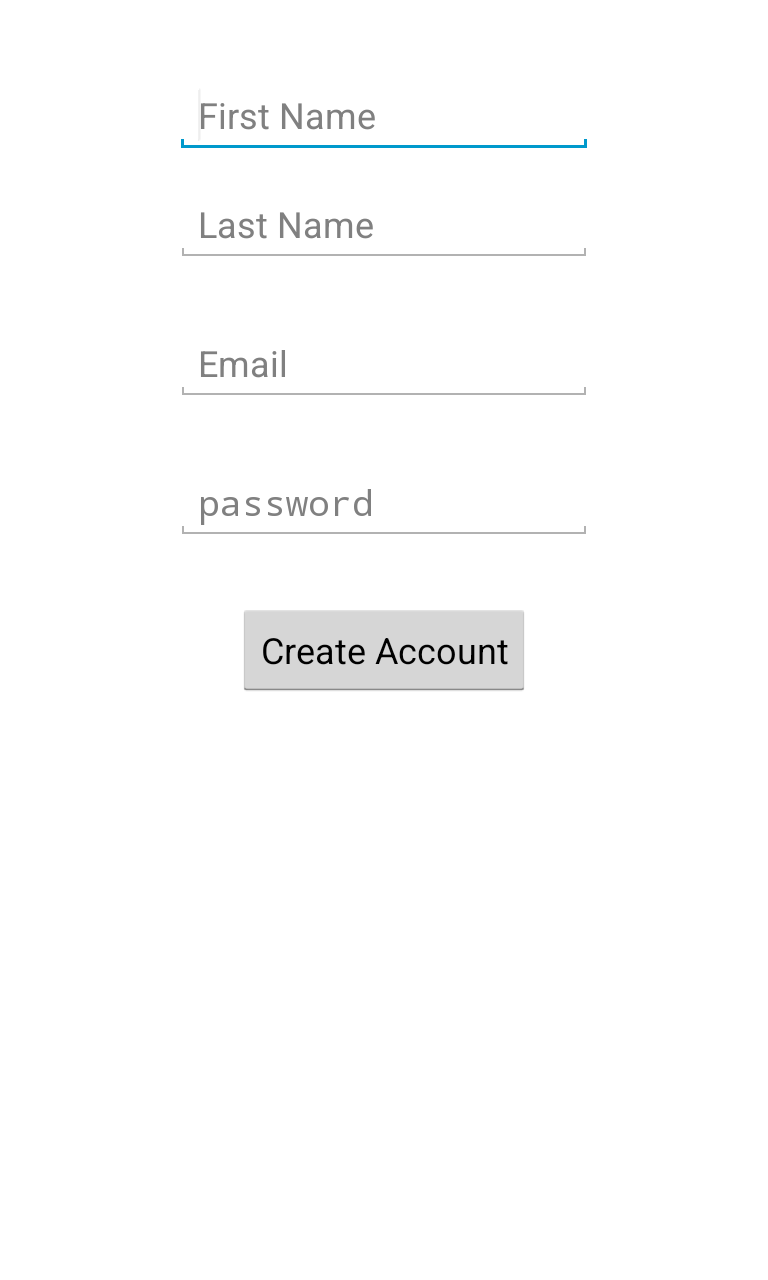
Repository: NarenPamza/Android_Template
Layout: LastNightParty/res/layout/activity_create_new_account.xml
An editor plug-in stored every save of this project. The layout is shown before and after the next save, followed by the edit.
It is drawn on a 768 x 1280 px phone screen (xhdpi) without system bars, with theme AppTheme; the app's code is not run. The app's manifest (not shown) leaves right-to-left support off. So textAlignment, textDirection and layoutDirection are ignored, and left and right values win over start and end ones.

Above is the layout before, as saved 2015-12-25 14:59:14.

After the next save:
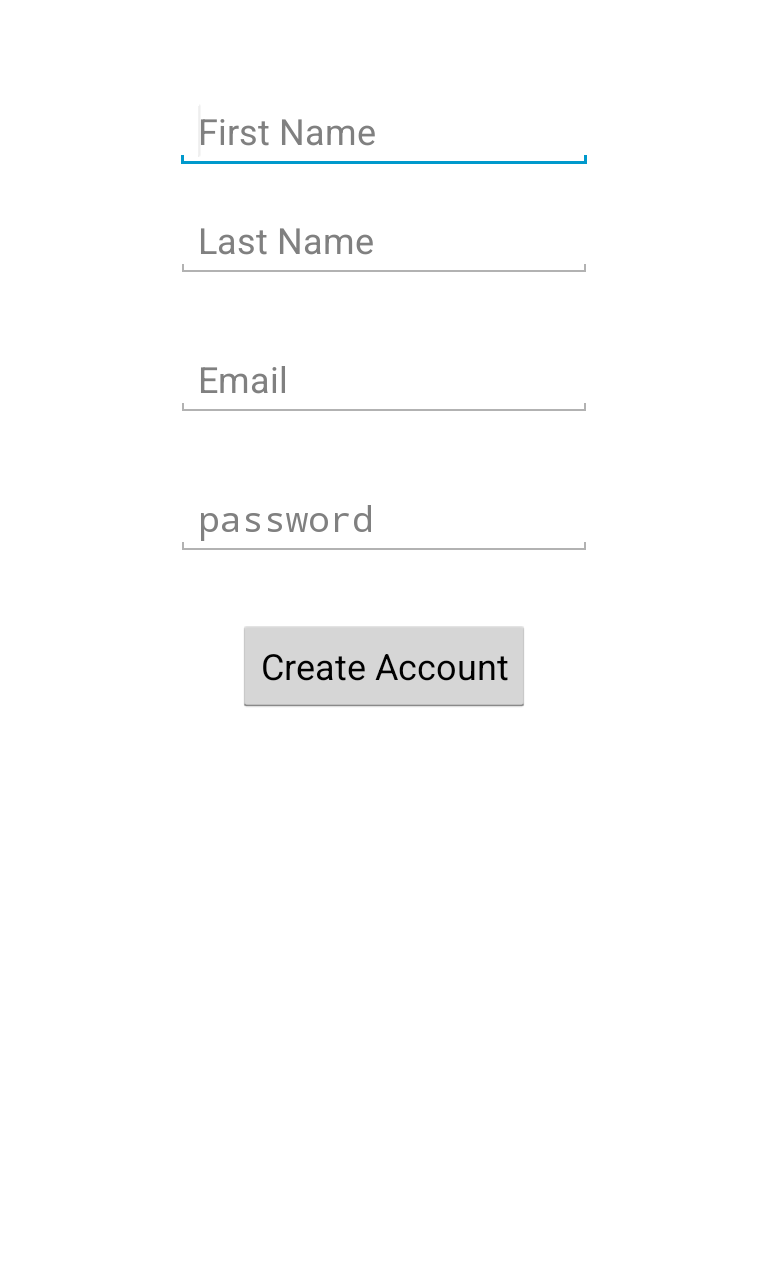
Saved 13 s later.
--- a/LastNightParty/res/layout/activity_create_new_account.xml
+++ b/LastNightParty/res/layout/activity_create_new_account.xml
@@ -48,7 +48,7 @@
         android:layout_height="wrap_content"
         android:layout_alignParentTop="true"
         android:layout_centerHorizontal="true"
-        android:layout_marginTop="22dp"
+        android:layout_marginTop="30dp"
         android:ems="10"
         android:hint="@string/firstname"
         android:inputType="textPersonName" >
